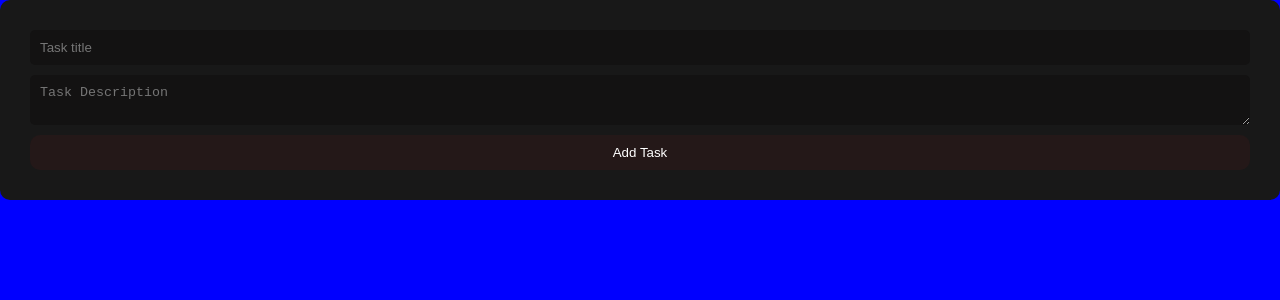
Repository: Sandeepji-5/Kanban-board
Page: index.html
These files come from the project's save history. The page is drawn as it stood at one moment and after the next save; the edit follows.
The browser window is 1280 px wide. The pictures show the whole page.

Above is the page before, as saved 2025-12-09 15:17:07.

### index.html
<!DOCTYPE html>
<html lang="en">
<head>
    <meta charset="UTF-8">
    <meta name="viewport" content="width=device-width, initial-scale=1.0">
    <title>Document</title>
    <link rel="stylesheet" href="style.css">
</head>
<body>
    <main>
        <nav>
            <div class="left">KANBAN</div>
            <div class="right"><button id="toggle-modal">Add new Task</button></div>
        </nav>
        <section class="board">
            <div   id="todo" class="task-column">
                <div class="heading">
                    <div class="left">To do </div>
                      <div class="right">count</div>
                </div>
                <div draggable="true" class="task">
                    <h3>Task 1</h3>
                    <p>Descriptio for the task 1 </p>
                    <button>Delete</button>
                </div>
            </div>
            <div id="progress" class="task-column">
                <div class="heading">
                    <div class="left">In Progress</div>
                    <div class="right">count</div>
                </div>

            </div>
            <div  id="done"   class="task-column">
                <div class="heading">
                    <div class="left">IS Done </div>
                    <div class="right"> count</div>
                </div>

            </div>
        </section>


    </main>

    <div class="modal add-new-task">
        <div class="bg">


        <div class="center">
        <input type="text" placeholder="Task title"/>
        <textarea placeholder="Task Description"></textarea>
        <button id="add-new-task" class="add-task-btn"> Add Task</button>
        </div>
        </div>
    </div>



    <script src="kanban.js"></script>
</body>
</html>

### style.css
* {
    margin: 0;
    padding: 0;

    box-sizing: border-box;
}

html,
body {
    width: 100%;
    height: 100%;

}

:root {
    --bg-color: #0000000;
    --bg-button-color: rgb(24, 24, 24);
    --primary-text-color: #f4f4f4;
    --bg-task-color:rgb(19, 18, 18);
    --bg-delete-color:red;



    /* padding 1 rem 2 rem */
    --nav-padding: 15px 30px;
    --section-padding: 15px 30px;
    --padding-s: 5px;
    --padding-m: 10px;
    --padding-l: 15px;
    --padding-xl: 20px;
    --padding-xxl: 30px;


    /* border radius variable  */



    --border-radius-s:5px;
    --border-radius-m:10px;
    --border-radius-l:15px;
    --border-radius-xl:20px;
    --border-radius-xxl:30px;


}

body {
    background-color: rgb(7, 7, 7);
    color: white;
}
main{
    display: flex;
    height: 100%;
    width: 100%;
    flex-direction: column;


}

nav{
    padding: var(--nav-padding);
    display: flex;
    align-items: center;
    justify-content: space-between;

}
nav button{
    background-color: red;
    color: white;
    border: none;
    outline: none;
    padding: var(  --padding-m) var(  --padding-l);
    cursor: pointer;
    border-radius:var(--border-radius-m) ;

}


section{
    padding:var(--section-padding);
    /* height: 100%; */
    display: flex;
    flex-grow: 1;
    justify-content: space-between;

    gap: var(--padding-xxl);

}
section .task-column{
    padding: var(--padding-m);
    background-color: var(--bg-button-color);
    flex-grow: 1  ;
    padding: var(--padding-m)  ;
    display: flex;
    flex-direction: column;
    transition: all 0.7s cubic-bezier(0.19, 1, 0.22, 1);




}
section .task-column.hover-over {
     border: 2px dashed rgb(247, 246, 246);
    transform: scale(1.05);
}
section .task-column .heading{
    display: flex;
    justify-content: space-between ;
    padding: var(--padding-m);
}


section .task-column  .task{

    display: flex;
    flex-direction: column;
    padding: var(--padding-m);
    border-radius: var(--border-radius-m);
    /* background-color: var(--bg-task-color); */
     background-color:rgba(150, 163, 8, 0.763);


}

section .task-column .task button{
    align-self: flex-end;
    cursor: pointer;
    padding: var(--padding-s) var(--padding-m);
    border-radius: var(--border-radius-s);
    border: none;
    outline: none;
    background-color: var(--bg-delete-color);
    color: var(--primary-text-color)  ;
}

.modal{

    position: fixed;
    top: 0;
    left: 0;
    height: 100vh;
    width: 100vw;
    display: flex;
    align-items: center;
    justify-content: center;







}
.modal .bg{
    position: absolute;
    height: 100%;
    width: 100%;
    background-color: blue;
}

.modal .center{
    background-color: var(--bg-button-color);
    padding: var(--padding-xxl);
    border-radius: var(--border-radius-m);
    display: flex;
    flex-direction: column;
    gap: var(--padding-m);
    min-width: 300px;

}

.modal .center input,.modal .center textarea, .modal .center select {
    background-color: var(--bg-task-color);
    padding: var(--padding-m);
    border-radius: var(--border-radius-s);
    border: none;
    outline: none;
    color: var(--primary-text-color);

}

.modal .center button{
    background-color: rgb(36, 24, 24);
    color: white;
    border: none;
    outline: none;
    padding: var(  --padding-m) var(  --padding-l);
    cursor: pointer;
    border-radius:var(--border-radius-m) ;

}

### kanban.js
const todo = document.querySelector('#todo');
const progress = document.querySelector('#progress')
const done = document.querySelector('#done');
const tasks = document.querySelectorAll('.task');
let draggedElement = null;

tasks.forEach(task => {
    task.addEventListener("drag", () => {

        draggedElement = task;
    })
})

// progress.addEventListener('dragenter',(e)=>{
//     progress.classList.add('hover-over');
// })


// progress.addEventListener('dragleave', (e)=>{
//     progress.classList.remove('hover-over');
// })


function addDragEventsOnColumn(column) {

    column.addEventListener('dragenter', (e) => {
        e.preventDefault();
        column.classList.add('hover-over');
    });

    column.addEventListener('dragleave', (e) => {
        e.preventDefault();
        column.classList.remove('hover-over');
    })

    column.addEventListener("dragover", (e) => {
        e.preventDefault();
    })

    column.addEventListener('drop', (e) => {

        column.appendChild(draggedElement)
        console.log("draggedElement", draggedElement, column);
        column.classList.remove('hover-over')
         e.preventDefault();
    })

}

addDragEventsOnColumn(todo);
addDragEventsOnColumn(progress)
addDragEventsOnColumn(done)






// const toggleModal = document.querySelector('#toggle-modal');
// const modal = document.querySelector('.modal')
// const addTaskbtn = document.querySelector('.add-task-btn')



// toggleModal.addEventListener('click',()=>{
// modal.classList.add('active');
// })

// addTaskbtn.addEventListener('click', ()=>{
//     modal.classList.remove('active');
// })

After the next save:
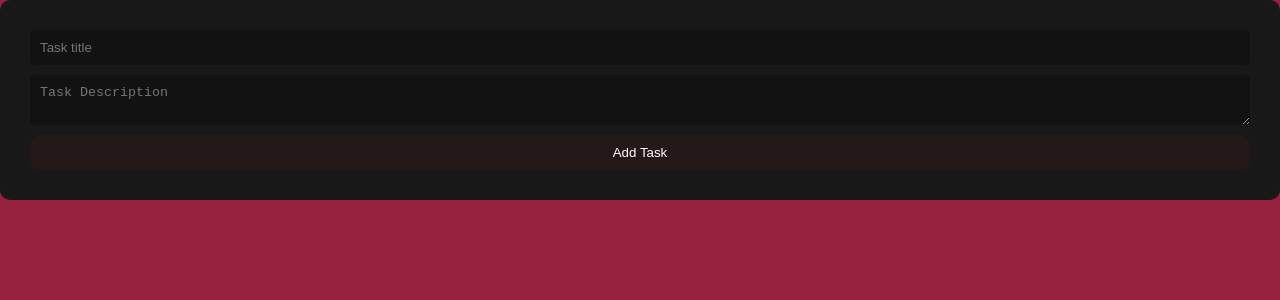
Saved 30 s later.
--- a/style.css
+++ b/style.css
@@ -155,7 +155,7 @@ section .task-column .task button{
     position: absolute;
     height: 100%;
     width: 100%;
-    background-color: blue;
+    background-color: rgb(150, 32, 61);
 }
 
 .modal .center{
